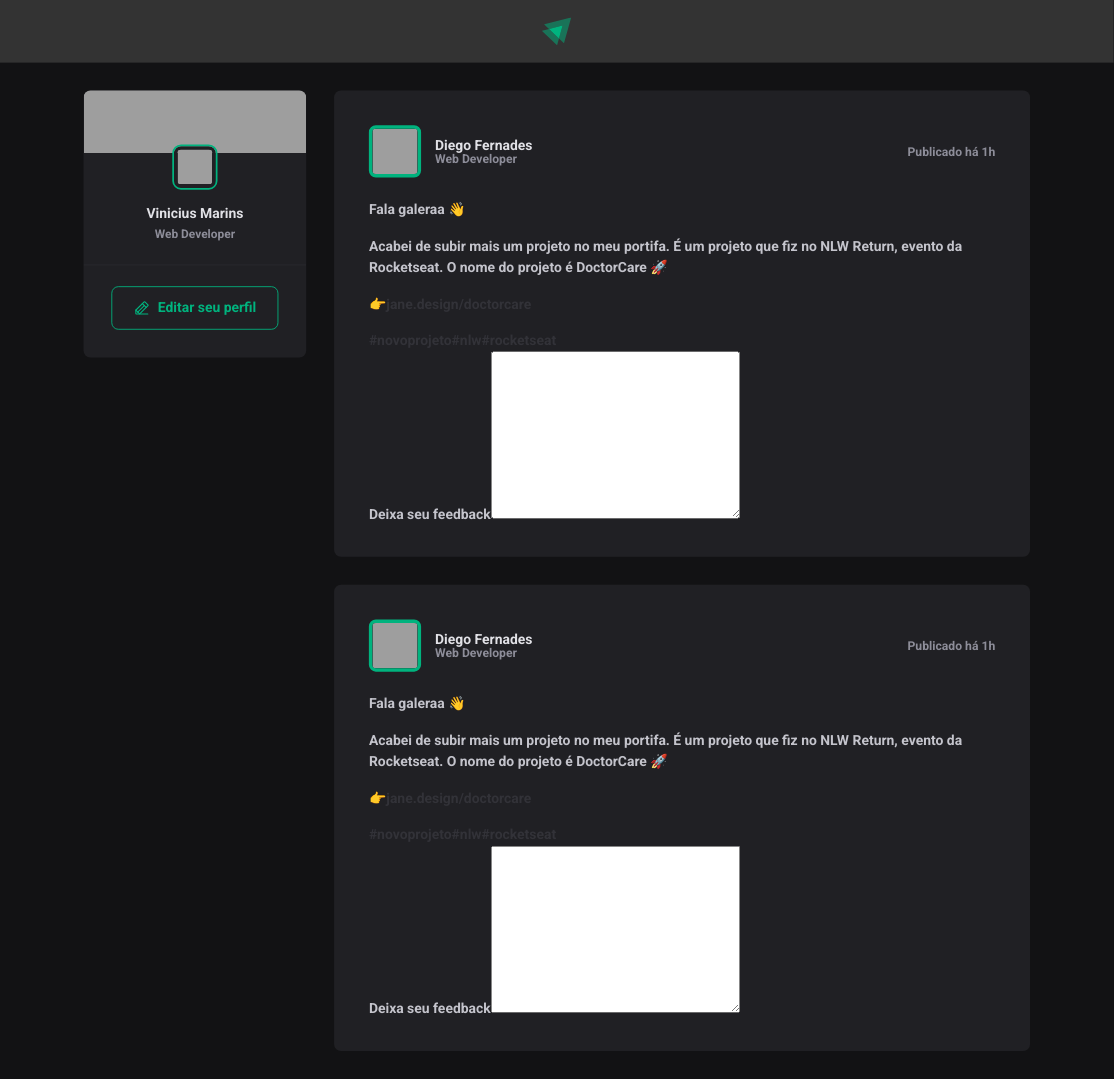
Repository: viniimartins/reactFundamentosRocketseat
Page: /
These files come from the project's save history. The page is drawn as it stood at one moment and after a run of saves; the edit follows.
The browser window is 1280 px wide. The pictures show the whole page, at 87% of full size.
Pictures or frames that could not be fetched are drawn as grey boxes. The project was rebuilt for these pictures with package versions that can differ from the ones it lists, and the page was loaded fresh each time. Also part of the build but not shown: vite.config.js.

Above is the page before, as saved 2023-04-29 22:55:32.

After the next 2 saves:
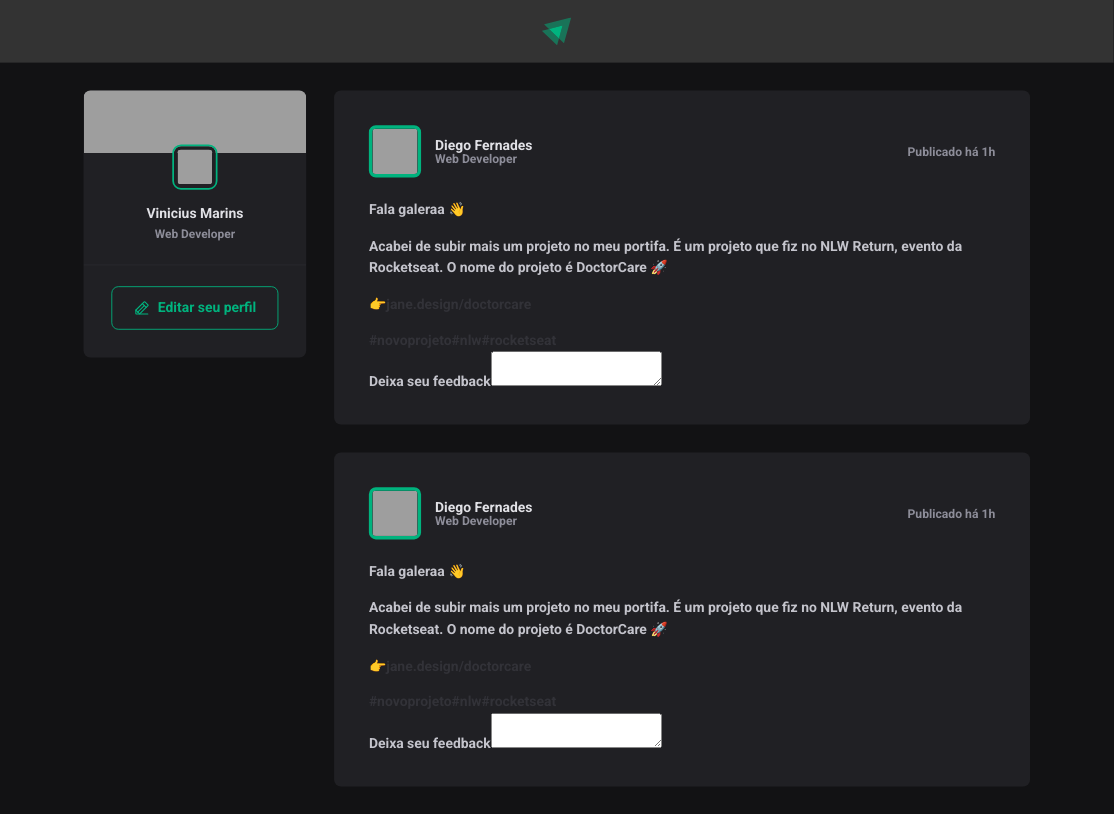
The 2 saves are shown as one change because they came seconds apart.
The last was saved 8 s later.
--- a/src/Components/Post.jsx
+++ b/src/Components/Post.jsx
@@ -27,9 +27,9 @@ export function Post() {
             </div>
 
             <form className={styles.commentForm}>
-                    <strong>Deixa seu feedback</strong>
+                <strong>Deixa seu feedback</strong>
 
-                    <textarea name="" id="" cols="30" rows="10"></textarea>
+                <textarea />
             </form>
         </article>
     )
